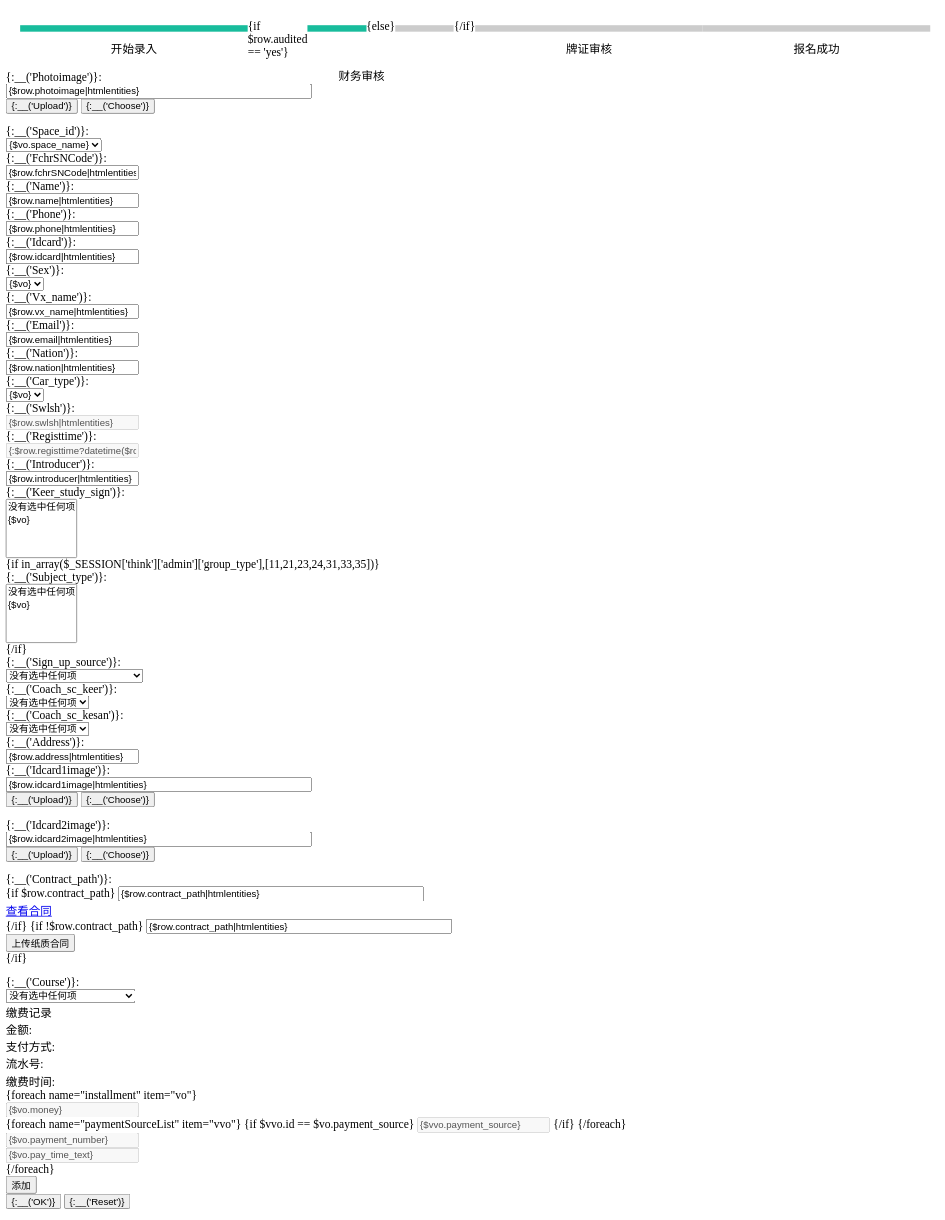
Repository: Akarin-Akari/xiaomaguantest
Page: application/admin/view/studentconfig/student/edit.html
The author's editor kept a copy of each file at every save. The page is drawn from the files as they stood at one save, then again after the next save.
The browser window is 1280 px wide. The page is 1312 px wide, so the pictures cover 1312 px, including what lies to the right of the window. The pictures show the whole page, at 72% of full size.

Above is the page before, as saved 2024-01-24 15:27:42.
Console error: ReferenceError: $length is not defined

After the next save:
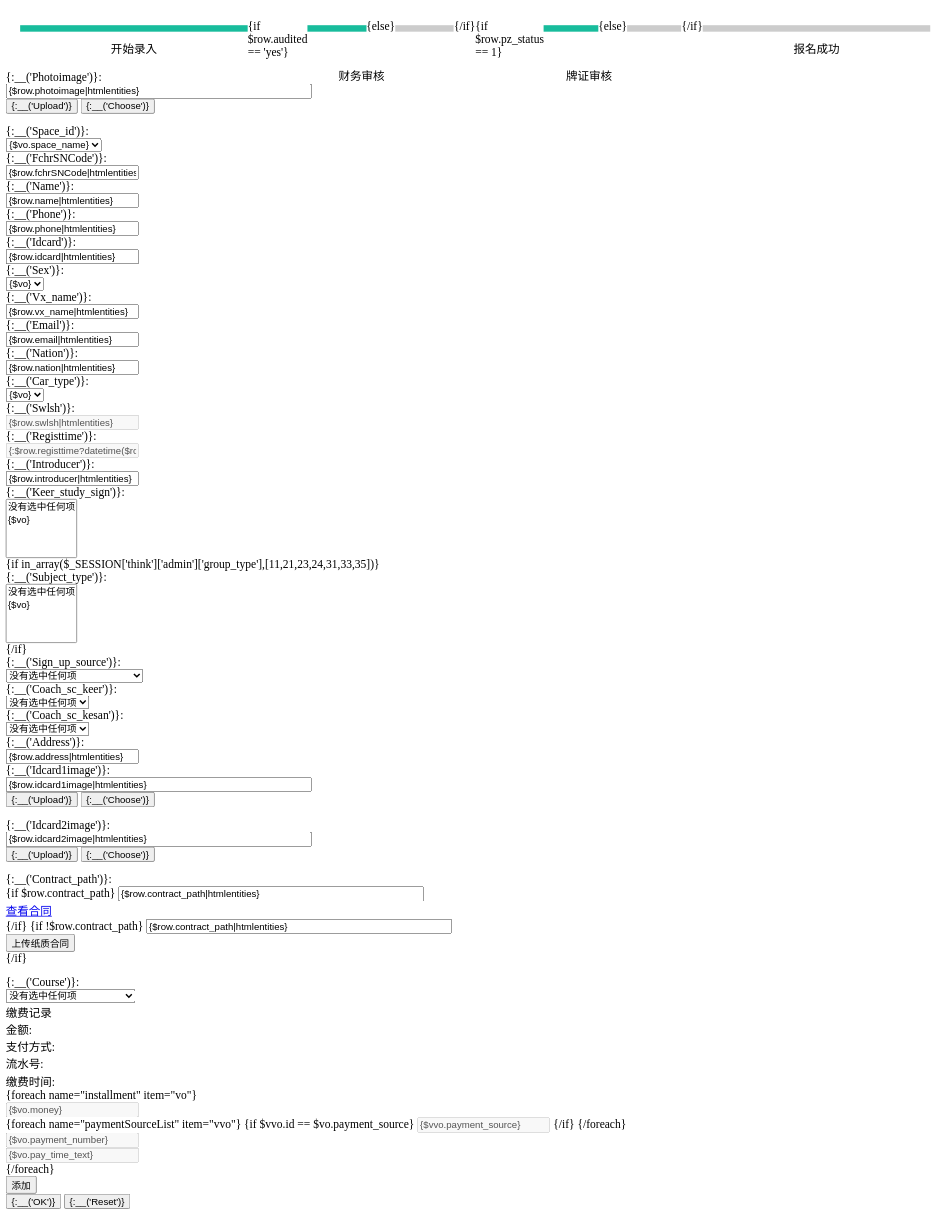
Saved 46 s later.
--- a/application/admin/view/studentconfig/student/edit.html
+++ b/application/admin/view/studentconfig/student/edit.html
@@ -63,7 +63,11 @@
             <!-- 第三部分 -->
             <div class="step">
                 <div class="step-progress  done ">
+                    {if $row.pz_status == 1}
+                    <div class="step-line" style="background-color: #18bc9c"></div>
+                    {else}
                     <div class="step-line"></div>
+                    {/if}
                 </div>
                 <div class="step-text">
                     <span>牌证审核</span>
